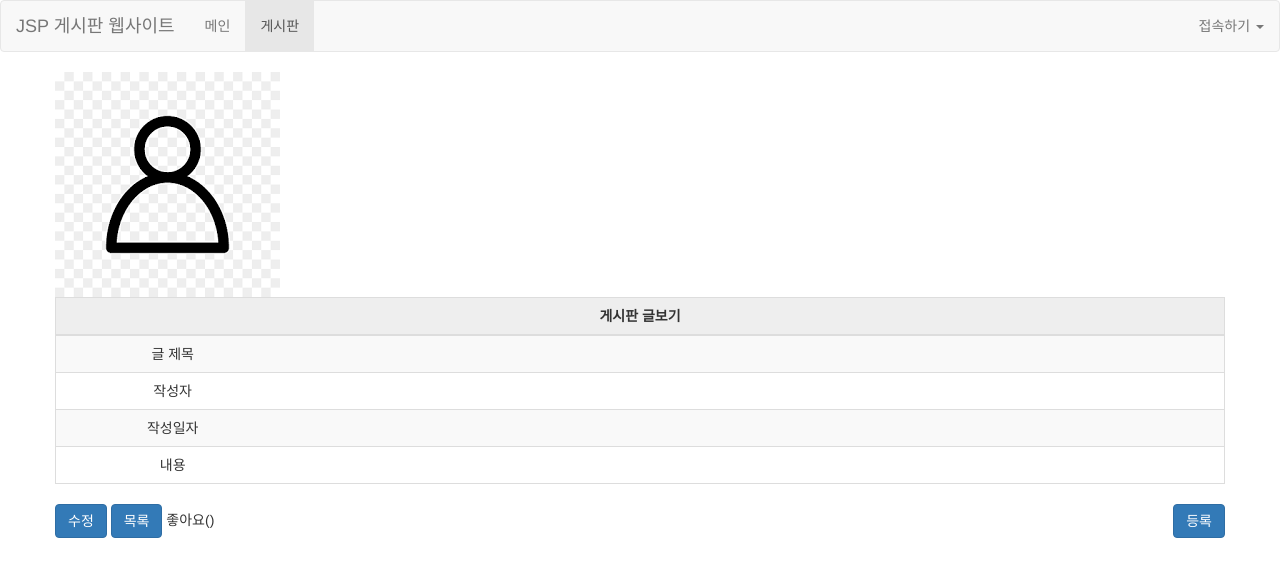
Repository: serendipity63/mychelin
Page: http://localhost/board/WEB-INF/views/detailform.jsp
These files come from the project's save history. The page is drawn as it stood at one moment and after the next save; the edit follows.
The browser window is 1280 px wide. The pictures show the whole page.
Some web libraries are served in a nearby version. The page is served by Tomcat 9. Nobody is signed in. The template is opened directly, without the code that normally fills it, so the values that code supplies are empty.

Above is the page before, as saved 2024-01-11 00:14:51.

After the next save:
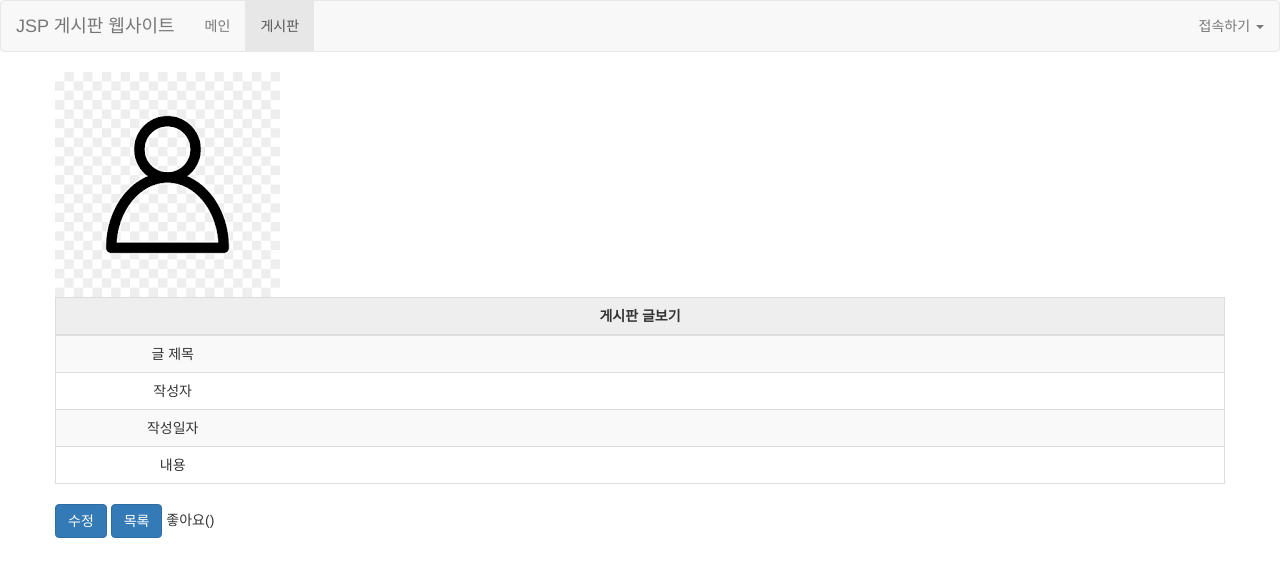
Saved 108 s later.
--- a/board/src/main/webapp/WEB-INF/views/detailform.jsp
+++ b/board/src/main/webapp/WEB-INF/views/detailform.jsp
@@ -153,7 +153,6 @@
 					</c:otherwise>
 				</c:choose>
 			</c:if>
-			<input type="submit" class="btn btn-primary pull-right" value="등록">
 
 		</div>
 
